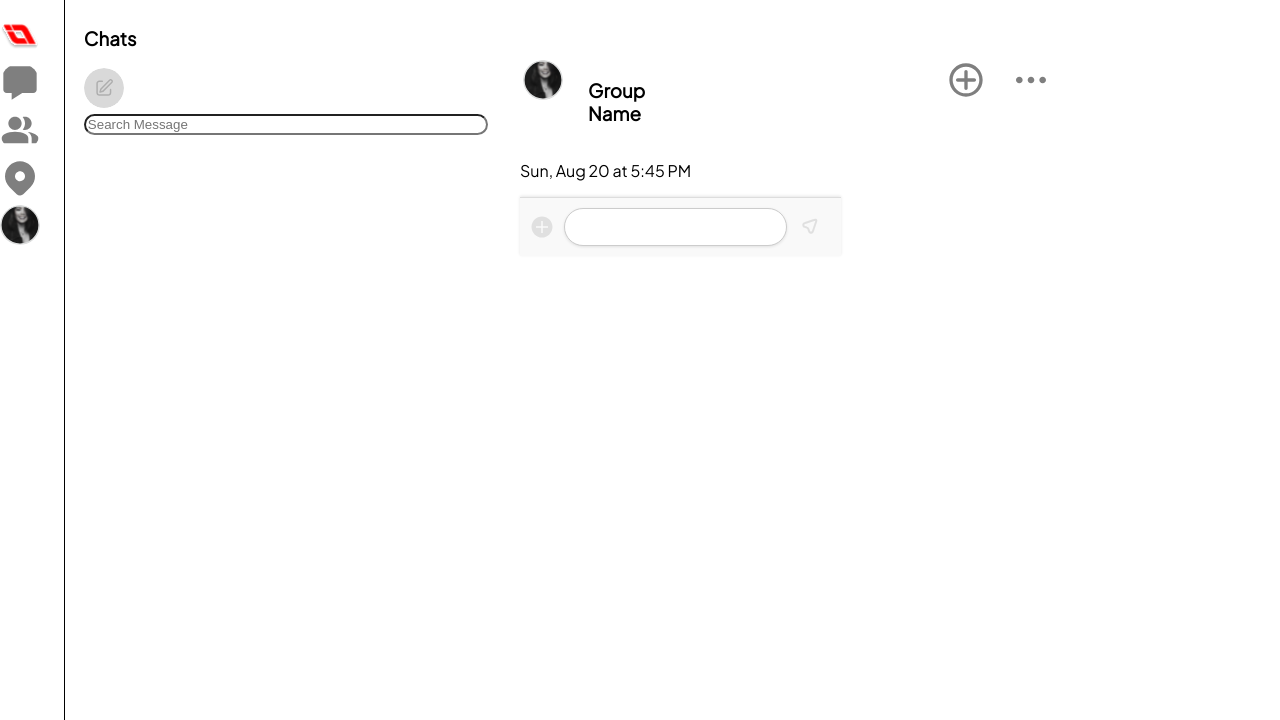
Repository: Nicktacku/LawChat
Page: /homechat (app in frontend/lawchat/)
The author's editor kept a copy of each file at every save. The page is drawn from the files as they stood at one save, then again after the next save.
The browser window is 1280 px wide. The pictures show the whole page.
The page's requests for data from a server got no answer. The project was rebuilt for these pictures with package versions that can differ from the ones it lists, and the page was loaded fresh each time. No one was signed in, and anything a server would have sent is missing. Also part of the build but not shown: frontend/lawchat/src/styles/button.css, frontend/lawchat/src/components/Button.js, frontend/lawchat/src/pages/Home.js, frontend/lawchat/src/pages/Login.js, frontend/lawchat/src/styles/chatpreview.css, frontend/lawchat/src/components/ChatPreview.js, frontend/lawchat/src/components/ChatBubble.js, frontend/lawchat/src/pages/Test.js.

Above is the page before, as saved 2024-08-16 15:40:11.

After the next save:
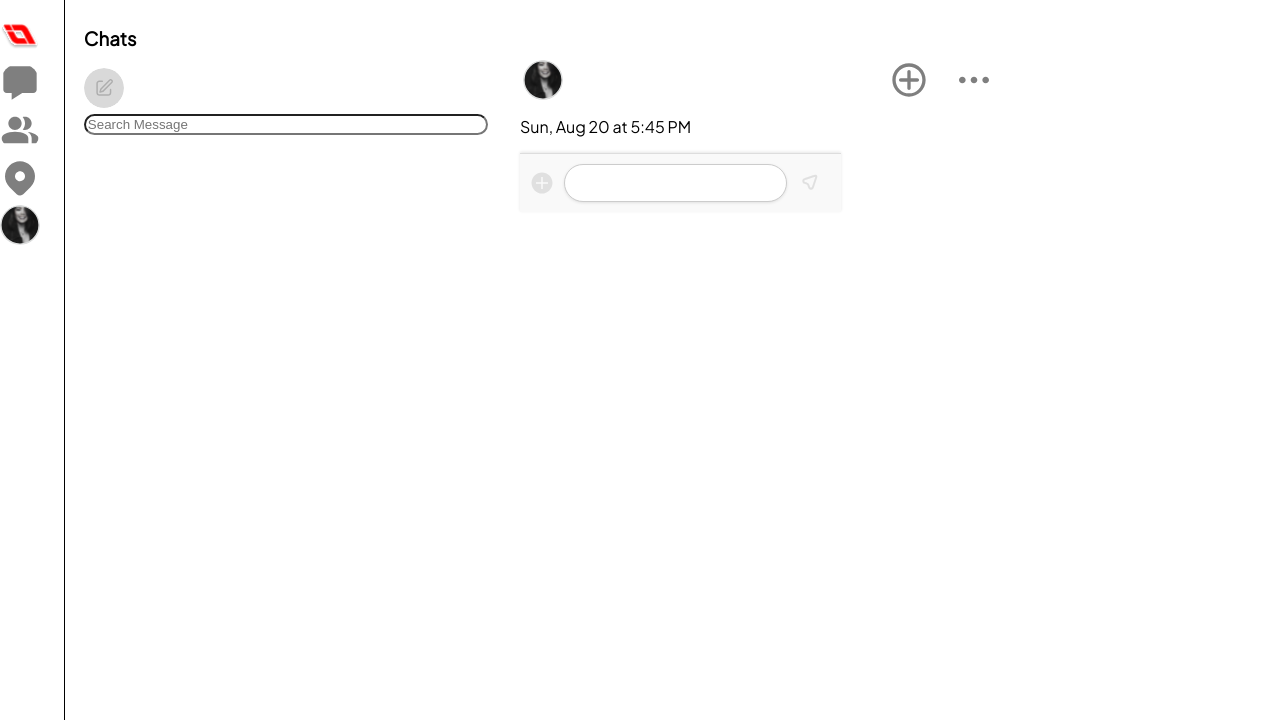
Saved 2 min 31 s later.
--- a/frontend/lawchat/src/pages/HomeChat.js
+++ b/frontend/lawchat/src/pages/HomeChat.js
@@ -127,7 +127,9 @@ const HomeChat = () => {
       <div className="chat">
         <div className="chat-bar">
           <img src={personaldp} className="chat-image" alt="Chat Image" />
-          <h3 className="chat-name">Group Name</h3>
+          <h3 className="chat-name">
+            {gcs.map((gc) => (currentGc === gc._id ? gc.name : <></>))}
+          </h3>
           <img src={addicon} className="chat-add" alt="Add Icon" />
           <img src={tripledoticon} className="chat-menu" alt="Menu Icon" />
         </div>
